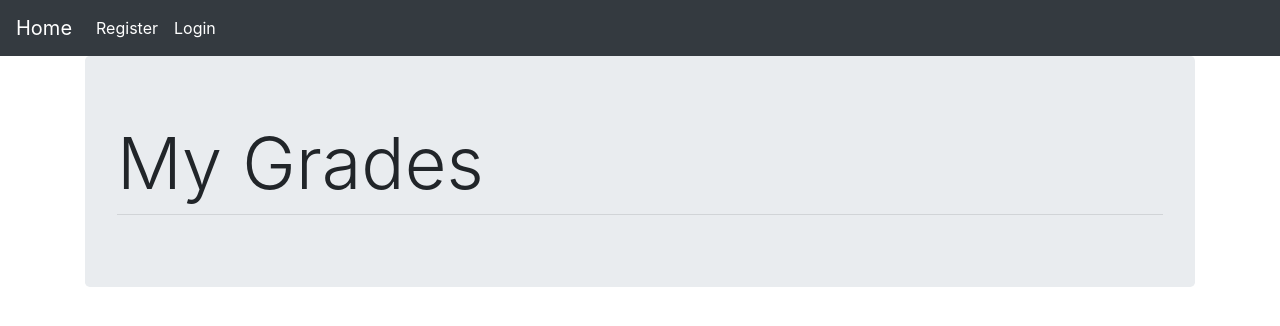
Repository: prabhat8701/nextgrowth_lab_task-main
Page: http://localhost/
An editor plug-in stored every save of this project. The page is shown before and after a run of saves, followed by the edit.
The browser window is 1280 px wide. The pictures show the whole page.
The page is served by the project's application, run on Django 4.2 (manage.py).

Above is the page before, as saved 2023-07-31 18:07:55.

After the next 2 saves:
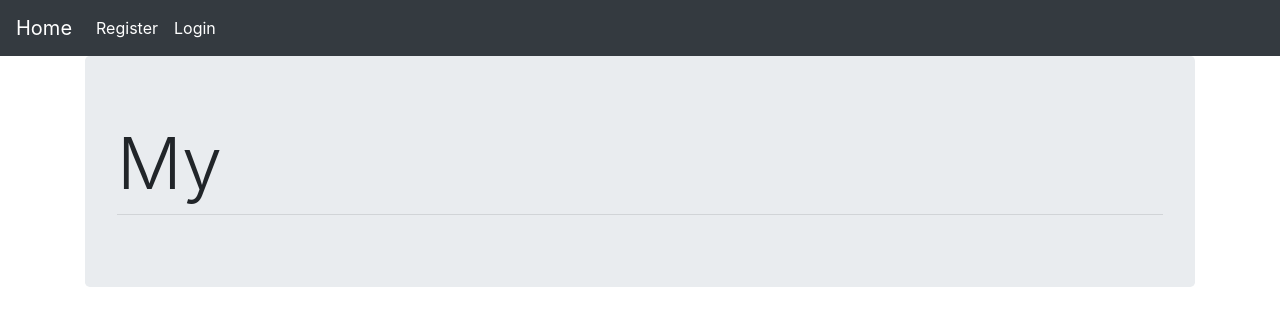
The 2 saves are shown as one change because they came seconds apart.
The last was saved 70 s later.
--- a/nextgrowAi/SET_2/next_project/templates/gradesApp/index.html
+++ b/nextgrowAi/SET_2/next_project/templates/gradesApp/index.html
@@ -2,7 +2,7 @@
 {% block body_block %}
 
 <div class="jumbotron">
-    <h1 class="display-3">My Grades</h1>
+    <h1 class="display-3">My <APPlet></APPlet></h1>
     <hr class="my-2">
     <!-- <p>View your marks and get notes directly from teachers</p> -->
 </div>
